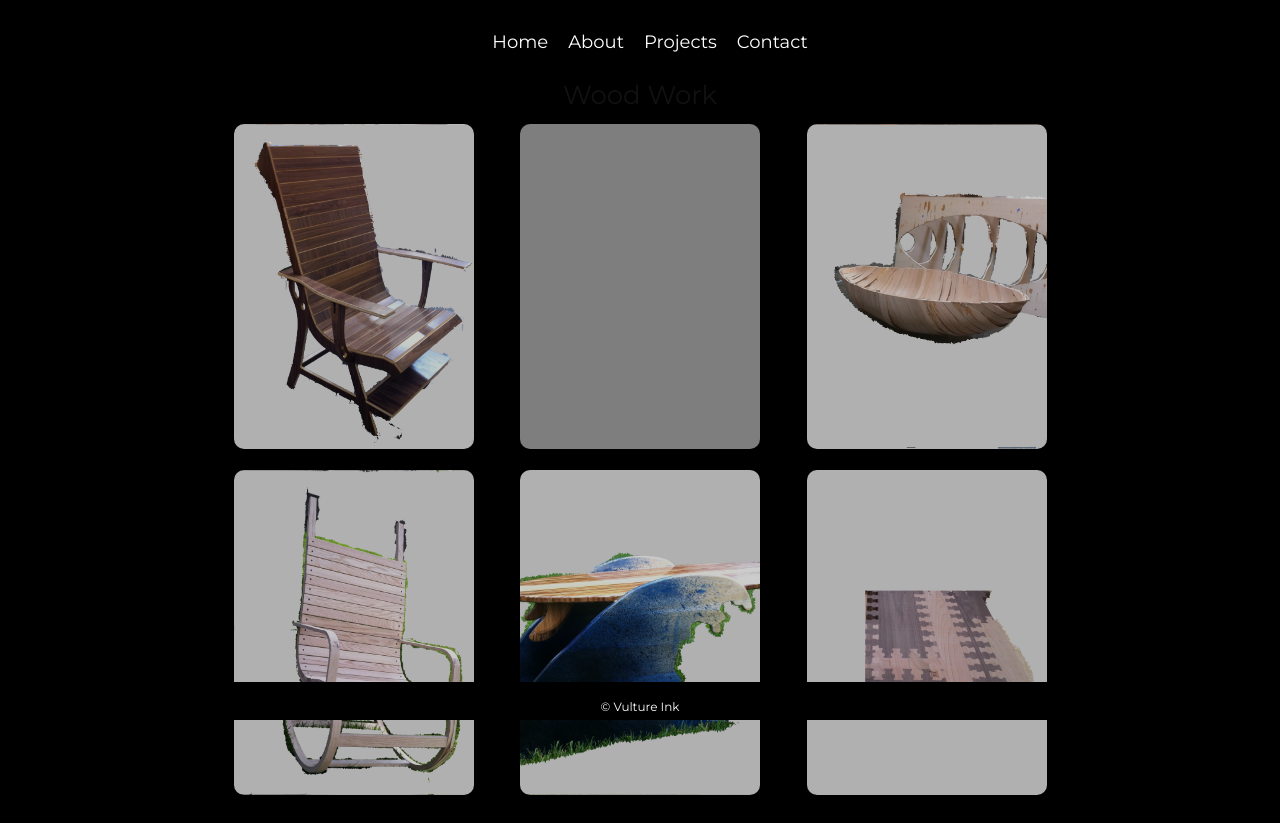
Repository: kaitlynMidori/anon_ink
Page: pages/Projects.html
An editor plug-in stored every save of this project. The page is shown before and after the next save, followed by the edit.
The browser window is 1280 px wide. The pictures show the whole page.
Pictures or frames that could not be fetched are drawn as grey boxes. Some web libraries are served in a nearby version.

Above is the page before, as saved 2021-10-13 21:20:18.

### pages/Projects.html
<!DOCTYPE html>
<html lang= "en">
  <head>
    <meta charset="utf-8">
    <meta name="viewport" content="width=device-width, initial-scale=1.0">
    <title>Projects</title>
    <link href="https://cdnjs.cloudflare.com/ajax/libs/normalize/8.0.1/normalize.min.css" rel="stylesheet" type="text/css" />
    <link href="https://fonts.googleapis.com/css2?family=Montserrat&display=swap" rel="stylesheet">
    <link rel="preconnect" href="https://fonts.gstatic.com">
    <link href="https://fonts.googleapis.com/css2?family=Didact+Gothic&display=swap" rel="stylesheet">
    <link href="../style.css" rel="stylesheet" type="text/css" />
  </head>

<body>
  <header>
    <!-- <div class="logo">ANONYMOUS INK</div> -->
    <nav>
      <ul id="menu">
        <li><a href="/index.html">Home</a></li>
        <li><a href="/Pages/About.html">About</a></li>
        <li><a href="/Pages/Projects.html">Projects</a></li>
        <li><a href="/Pages/Contact.html">Contact</a></li>
      </ul>
    </nav>
  </header>

  <main>
        <!-- Projetcs -->
  <section>
    <h2>Wood Work</h2>
      <div class="card-container">
        <div class="row-one">
          <div class="card">
            <div class="card-inner">
            <div class="card-one-front">
            <a href="/Pages/walnutVaneerChair.html" class="card-font" id="card1"><h1>Walnut Vaneer Chair</h1><p>Click for project info, process docs, etc..</p></a>
          </div>
        </div>
      </div>
      <div class="card">
        <div class="card-inner">
          <div class="card-two-front">
            <a href="/Pages/marilynFrame.html" id="card2"><h1>Marilyn Frame</h1><p>Click here</p></a>
          </div>
        </div>
      </div>
      <div class="card">
        <div class="card-inner">
          <div class="card-three-front">
            <a href="/Pages/canoe.html" id="card3"><h1>Canoe</h1><p>Click me</p></a>
          </div>
        </div>
      </div>
      <div class="card">
        <div class="card-inner">
          <div class="card-four-front">
            <a href="/Pages/oakChair.html" id="card4"><h1>Oak Chair</h1><p>Clickey</p></a>
          </div>
        </div>
      </div>
      <div class="card">
        <div class="card-inner">
          <div class="card-five-front">
            <a href="/Pages/surfboard.html" id="card5"><h1>Surfboard Coffee Table</h1><p>Click</p></a>
          </div>
        </div>
      </div>
      <div class="card">
        <div class="card-inner">
          <div class="card-six-front">
            <a href="/Pages/chello.html" id="card6"><h1>Chello</h1><p>Click</p></a>
          </div>
        </div>
      </div>


    </div>
    <footer><p>© Vulture Ink</p></footer>
    </div>
  </section>
  </main>
<script
        src="https://code.jquery.com/jquery-3.2.1.min.js"
        integrity="sha256-hwg4gsxgFZhOsEEamdOYGBf13FyQuiTwlAQgxVSNgt4="
        crossorigin="anonymous"></script>
        <!-- <script>
          $(".card").on("touchstart", function() {
            $(this).toggleClass("hover");
          });
        </script> -->
</body>
</html>

### style.css

/***************** General ******************/
body {
    /* border: solid orange; */
    height: 100%;
    background-color: black;
    color: white;
    margin: none;
    font-family: 'Montserrat', sans-serif;
    padding-top: 0;
  }

  /************** navigation ***************/
  header nav {
    display: flex;
    flex-direction: row;
    justify-content: center;
    margin-top: 14px;
  }

  header nav ul {
    display: flex;
    flex-direction: row;
    padding-bottom: 0;
  }

  header nav ul li {
    list-style-type: none;
  }

  header ul li a {
    color: white;
    text-decoration: none;
    padding: 0 20px 0 0;
    font-family: 'Montserrat', sans-serif;
  }

  /************* Primary Groups ****************/
  header {
    font-size: 18px;
    background-color: black;
    margin: 0;
    /* border: solid green; */
  }

  main {
    margin: auto;
    justify-content: center;
    justify-items: center;
    text-align: center;
    /* border: solid yellow; */
    padding-top: 10px;
    padding-bottom: 10px;
  }

  footer {
    position: fixed;
    background-color: black;
    bottom: 0;
    width: 100%;
    /* border: solid pink; */
  }

  /****************** Typography ******************/
  h1 {
    font-size: 28px;
    font-family: 'Montserrat', sans-serif;
    color: white;
    font-weight: 400;
  }

  h2 {
    font-size: 26px;
    color: rgb(17, 17, 17);
    font-family: 'Montserrat', sans-serif;
    text-align: center;
    font-weight: 400;
    margin: 0 10px;
  }

  h3 {
    font-size: 15px;
    font-family: 'Montserrat', sans-serif;
    font-weight: 430;
  }

  p {
    font-family: 'Montserrat', sans-serif;
    font-size: 18px;
    line-height: 1.3em;
    margin-bottom: 0;
  }

  main a {
    font-weight: 700;
    text-decoration: none;
  }

  main a:visited{
    color: blue;
  }
  /* main main a:hover{color: greenyellow;} */
  /* a:active{color:  rgb(143, 156, 33);} */

  footer p {
    font-size: 12px;
    color: white;
    text-align: center;
    padding: 5px;
  }

  footer h2 {
    color: black;
  }
/*
  img.image-enhanced {
    max-width: 350px;
    border-radius: 8px;
  }

  .item-double {
    color: rgb(17, 17, 17);
    flex: 2;
  }
   */
  /* Desktop groups/items */
  /* @media all and (min-width: 600px){
    section {
      padding: 0%;
    }
    .group {
      display: flex;
      flex-direction: row;
      flex-wrap: wrap;
    }
  } */

  /* ***********  home ************** */

  .home-video {
    position: fixed;
    right: 0px;
    bottom: 0px;
    min-width: 100%;
    min-height: 100%;
    width: auto;
    height: auto;
    z-index: -1;
  }

  /* ************ about *************** */

  .about-container {
    overflow: scroll;
    align-items: center;
    justify-content: center;
    flex-direction: column-reverse;
    margin: auto;
    padding: 15px;
    display: flex;
    text-align: center;
    flex-wrap: wrap;
  }

  .about-item {
    text-align: left;
    display: flex;
    flex-wrap: wrap;
    margin: auto;
  }

  /**************** projects ****************/
  .card-container {
    max-width: 900px;
    min-width: 370px;
    margin: auto;
    display: flex;
    flex-direction: row;
    flex-wrap: wrap;
    justify-content: space-evenly;
    text-align: center;
    padding-top: 10px;
  }

  .row-one {
    justify-content: space-evenly;
    display: flex;
    flex-wrap: wrap;
  }

  .card p {
    font-size: 14px;
    padding-left: 4px;
    padding-right: 4px;
  }

  .card #card1 {
    padding-top: 5px;
    background-repeat: no-repeat;
    background-size:cover;
    background-position: top;
    display: block;
    margin: 0 auto;
    text-indent: -9999px;
    width: 15rem;
    height: 20rem;
    border: transparent;
  }

  .card #card1:hover {
    font-size: 30px;
    color: black;
    display: block;
    margin: 0 auto;
    text-indent: 0;
    justify-content: center;
    background-color: rgb(238, 228, 211, .8);
    background-blend-mode: hue;
  }

  .card #card2 {
    padding-top: 5px;
    background-repeat: no-repeat;
    background-size:cover;
    background-position: top;
    display: block;
    margin: 0 auto;
    text-indent: -9999px;
    width: 15rem;
    height: 20rem;
    border: transparent;
  }

  .card #card2:hover {
    font-size: 30px;
    color: black;
    display: block;
    margin: 0 auto;
    text-indent: 0;
    justify-content: center;
    background-color: rgb(238, 228, 211, .8);
    background-blend-mode: hue;
  }

  .card #card3 {
    padding-top: 5px;
    background-repeat: no-repeat;
    background-size:cover;
    background-position: top;
    display: block;
    margin: 0 auto;
    text-indent: -9999px;
    width: 15rem;
    height: 20rem;
    border: transparent;
  }

  .card #card3:hover {
    font-size: 30px;
    color: black;
    display: block;
    margin: 0 auto;
    text-indent: 0;
    justify-content: center;
    background-color: rgb(238, 228, 211, .8);
    background-blend-mode: hue;
  }

  .card #card4 {
    padding-top: 5px;
    background-repeat: no-repeat;
    background-size:cover;
    background-position: top;
    display: block;
    margin: 0 auto;
    text-indent: -9999px;
    width: 15rem;
    height: 20rem;
    border: transparent;
  }

  .card #card4:hover {
    font-size: 30px;
    color: black;
    display: block;
    margin: 0 auto;
    text-indent: 0;
    justify-content: center;
    background-color: rgb(238, 228, 211, .8);
    background-blend-mode: hue;
  }

  .card #card5 {
    padding-top: 5px;
    background-repeat: no-repeat;
    background-size:cover;
    background-position: top;
    display: block;
    margin: 0 auto;
    text-indent: -9999px;
    width: 15rem;
    height: 20rem;
    border: transparent;
  }

  .card #card5:hover {
    font-size: 30px;
    color: black;
    display: block;
    margin: 0 auto;
    text-indent: 0;
    justify-content: center;
    background-color: rgb(238, 228, 211, .8);
    background-blend-mode: hue;
  }

  .card #card6 {
    padding-top: 5px;
    background-repeat: no-repeat;
    background-size:cover;
    background-position: top;
    display: block;
    margin: 0 auto;
    text-indent: -9999px;
    width: 15rem;
    height: 20rem;
    border: transparent;
  }

  .card #card6:hover {
    font-size: 30px;
    color: black;
    display: block;
    margin: 0 auto;
    text-indent: 0;
    justify-content: center;
    background-color: rgb(238, 228, 211, .8);
    background-blend-mode: hue;
  }

  /* The flip card container - set the width and height to whatever you want. We have added the border property to demonstrate that the flip itself goes out of the box on hover (remove perspective if you don't want the 3D effect */
  .card {
    backface-visibility: hidden;
    -webkit-backface-visibility: hidden;
    border: solid;
    border-color: transparent;
    background-color: transparent;
    width: 15rem;
    height: 20rem;
    margin-bottom: 20px;
    -webkit-perspective: 1000px;
    perspective: 1000px; /* Remove this if you don't want the 3D effect */
  }

  /* This container is needed to position the front and back side */
  .card-inner {
    position: relative;
    width: 100%;
    height: 100%;
    text-align: center;
    transition: transform 0.8s;
    -webkit-transition: -webkit-transform 0.8s;
    transform-style: preserve-3d;
    -webkit-transform-style: preserve-3d;
   transition-property: -webkit-transform;
   -webkit-transition-property: -webkit-transform;
   transition-duration: 1.5s;
   -webkit-transition-duration: 1.5s;
    backface-visibility: hidden;
    -webkit-backface-visibility: hidden;
  }

  /* Position the front and back side */
  .card-one-front {
    position: absolute;
    border-radius: 10px;
    margin-bottom: 20px;
    background-color: #ddd;
    background-image: url(./images/WalnutVaneerChair.png);
    opacity: .8;
    background-repeat: no-repeat;
    background-size:cover;
    background-position: top;
  }

  .card-two-front {
    position: absolute;
    -webkit-backface-visibility: hidden;
    backface-visibility: hidden;
    border-radius: 10px;
    margin-bottom: 20px;
    background-image: url(./images/MarilynFramed.png);
    opacity: .8;
    background-repeat: no-repeat;
    background-color: #ddd;
    background-size:cover;
    background-position: top;
    }

  .card-three-front {
    position: absolute;
    -webkit-backface-visibility: hidden;
    backface-visibility: hidden;
    border-radius: 10px;
    margin-bottom: 20px;
    background-image: url(./images/FvfXn.png);
    opacity: .8;
    background-repeat: no-repeat;
    background-color: #ddd;
    background-size:cover;
    background-position: top;
  }

  .card-four-front {
    position: absolute;
    -webkit-backface-visibility: hidden;
    backface-visibility: hidden;
    border-radius: 10px;
    margin-bottom: 20px;
    background-image: url(./images/Oakchair_angle.png);
    opacity: .8;
    background-repeat: no-repeat;
    background-color: #ddd;
    background-size:cover;
    background-position: left;
  }

  .card-five-front {
    position: absolute;
    -webkit-backface-visibility: hidden;
    backface-visibility: hidden;
    border-radius: 10px;
    margin-bottom: 20px;
    background-image: url(./images/SurfboardCoffetable.png);
    opacity: .8;
    background-repeat: no-repeat;
    background-color: #ddd;
    background-size:cover;
    background-position: top;
  }

  .card-six-front {
    position: absolute;
    -webkit-backface-visibility: hidden;
    backface-visibility: hidden;
    border-radius: 10px;
    margin-bottom: 20px;
    background-image: url(./images/CELLO_BELYTRIAL_PUZZLEJOINTS.png);
    opacity: .8;
    background-repeat: no-repeat;
    background-color: #ddd;
    background-size:cover;
    background-position: top;
  }

  /* ***************** Contact ****************** */
  .contact-container {
    display: inline-flex;
    flex-direction: row;
    flex-wrap: wrap;
    height: 100%;
    width: 100%;
    padding: 5px;
    margin: auto;
    align-items: center;
    align-content: center;
  }

  .contact-form {
    display: flex;
    max-width: 50%;
    height: 80%;
    margin: auto;
    border: solid;
    border-color: transparent;
  }

  .location {
    width: 100%;
    margin-top: 20px;
    margin-bottom: 20px;
  }
  /****** Contact Form Design ******/
  form input, form textarea {
    width: 100%;
    margin-bottom: 20px;
    margin: auto;
  }

  form textarea {
    height: 250px;
  }

  input[type=text], select, textarea {
    width: 100%;
    padding: 12px;
    border: 1px solid #ccc;
    border-radius: 4px;
    box-sizing: border-box;
    margin-top: 6px;
    margin-bottom: 16px;
    resize: vertical;
  }

  input[type=submit] {
    background-color: #04AA6D;
    color: white;
    padding: 12px 20px;
    border: none;
    border-radius: 4px;
    cursor: pointer;
  }

  input[type=submit]:hover {
    background-color: #45a049;
  }

After the next save:
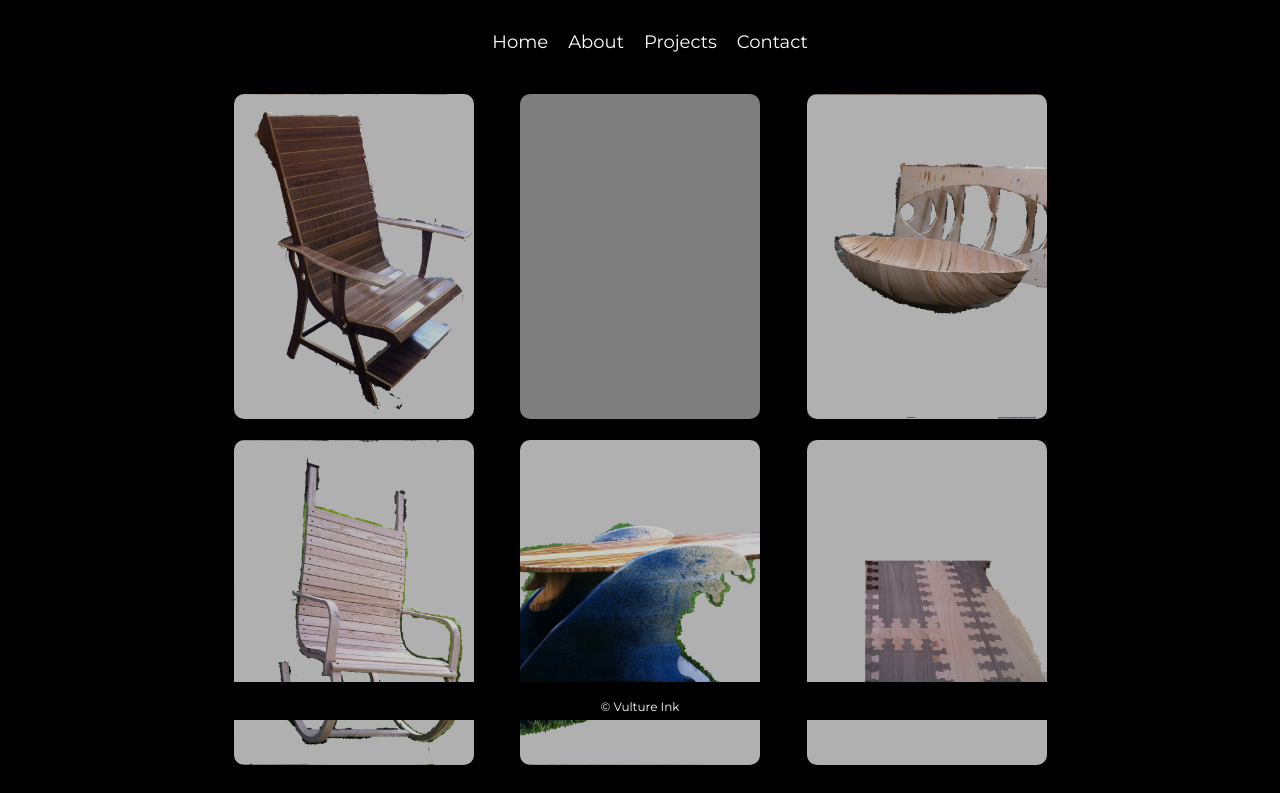
Saved 11 min 21 s later.
--- a/pages/Projects.html
+++ b/pages/Projects.html
@@ -27,7 +27,7 @@
   <main>
         <!-- Projetcs -->
   <section>
-    <h2>Wood Work</h2>
+    <!-- <h2>Wood Work</h2> -->
       <div class="card-container">
         <div class="row-one">
           <div class="card">
